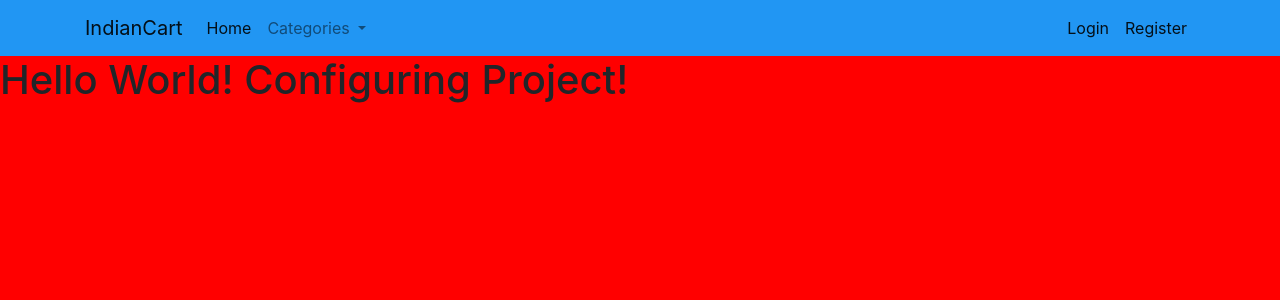
Repository: neerajchavan/E-Commerce-Project
Page: http://localhost/E-Commerce-Project/
The author's editor kept a copy of each file at every save. The page is drawn from the files as they stood at one save, then again after the next save.
The browser window is 1280 px wide. The pictures show the whole page.
Some web libraries are served in a nearby version. The page is served by Tomcat 9.

Above is the page before, as saved 2020-10-07 15:28:14.

After the next save:
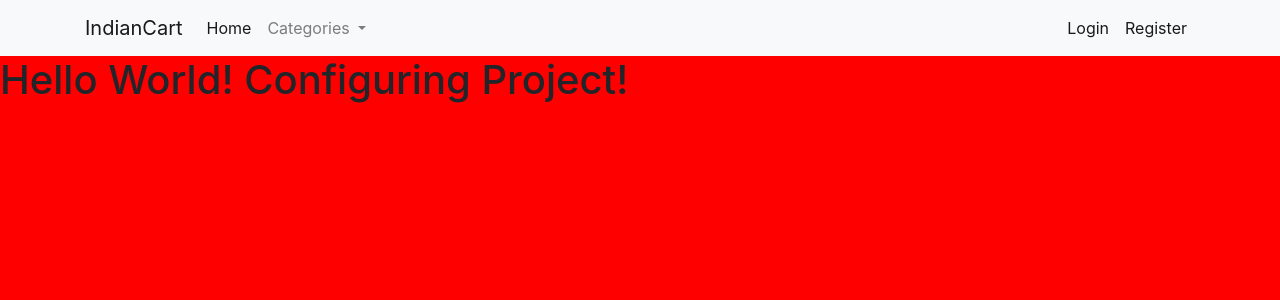
Saved 10 s later.
--- a/E-Commerce-Project/WebContent/CSS/Style.css
+++ b/E-Commerce-Project/WebContent/CSS/Style.css
@@ -1,4 +1,4 @@
-.custom-bg{
+.custom-bg h2{
 	background:#2196f3!important;
 }
 

After the save that followed:
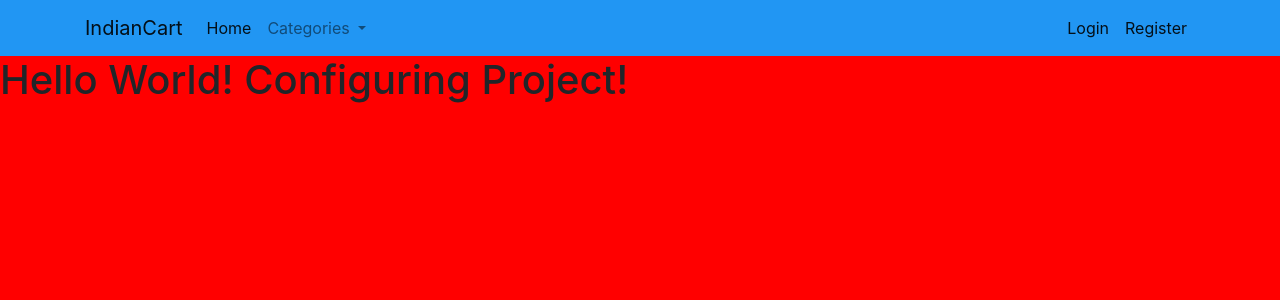
Saved 71 s later.
--- a/E-Commerce-Project/WebContent/CSS/Style.css
+++ b/E-Commerce-Project/WebContent/CSS/Style.css
@@ -1,11 +1,7 @@
-.custom-bg h2{
+.custom-bg{
 	background:#2196f3!important;
 }
 
 body{
 	background-color:red;
 }
-
-h2{
- background:red;
-}
